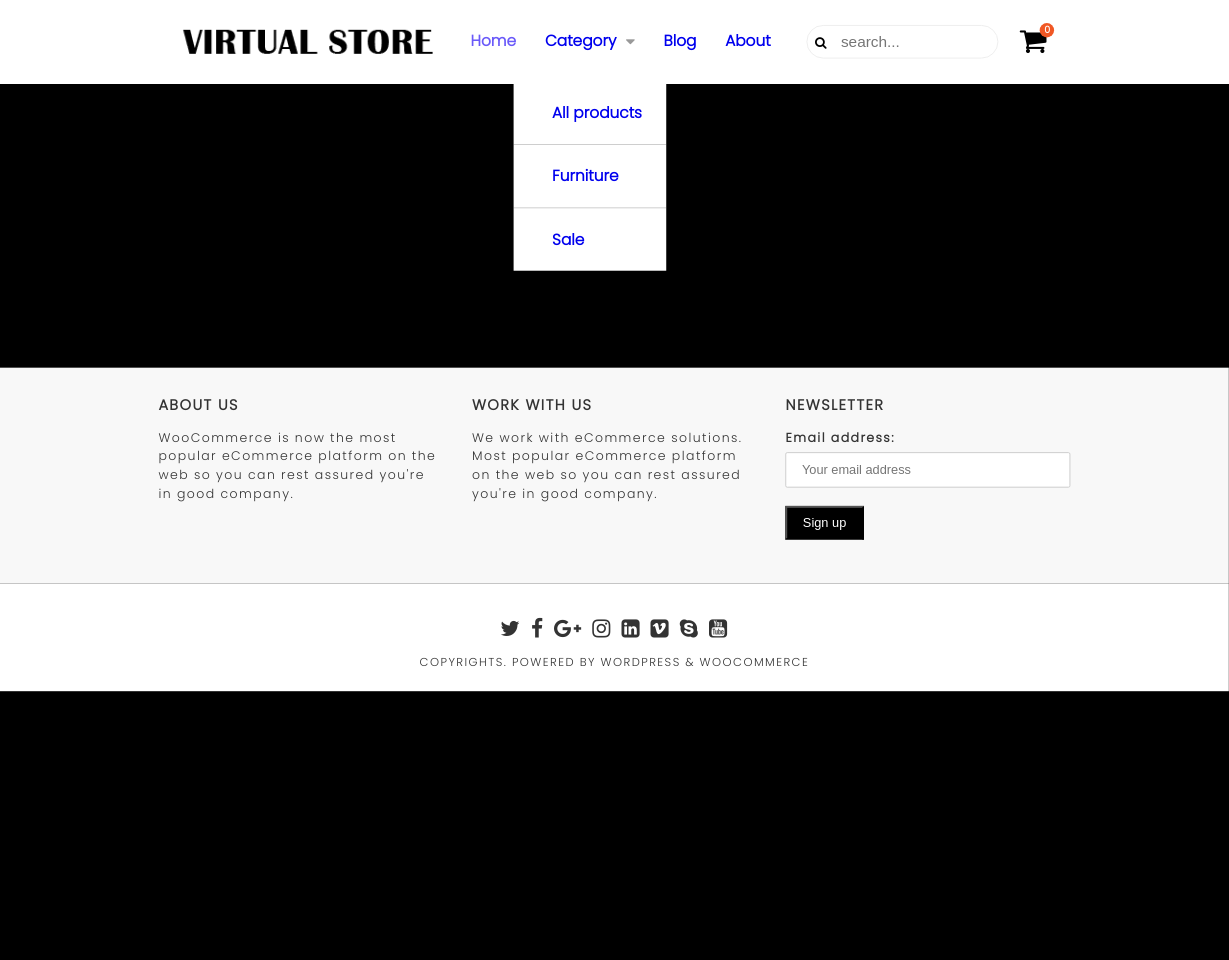
Repository: dungle03/tke_web_nhom_15
Page: index.html
An editor plug-in stored every save of this project. The page is shown before and after the next save, followed by the edit.
The browser window is 1280 px wide. The pictures show the whole page, at 96% of full size.

Above is the page before, as saved 2022-09-13 23:50:57.
Not found: resest.css

After the next save:
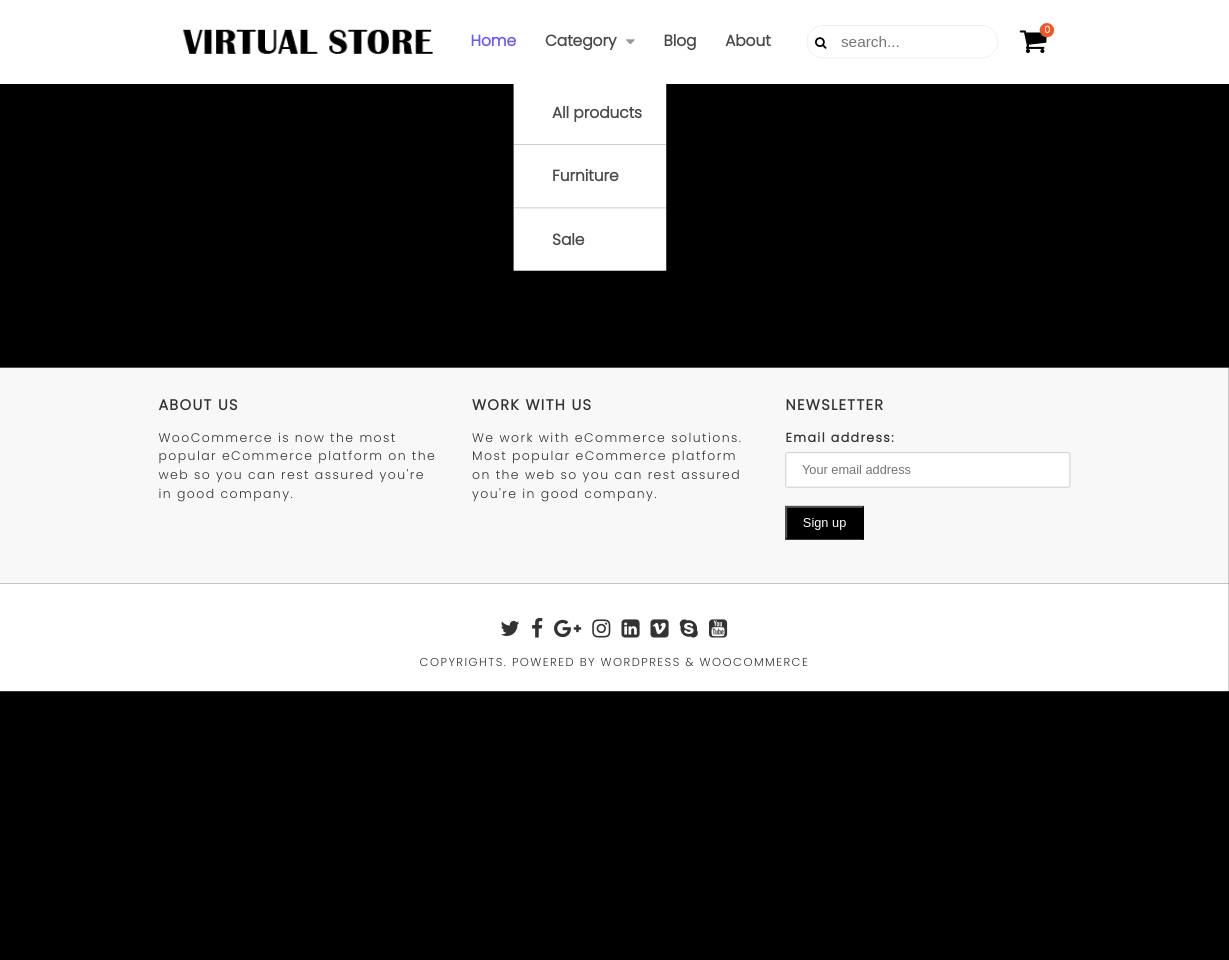
Saved 15 s later.
--- a/CSS/header.css
+++ b/CSS/header.css
@@ -61,10 +61,10 @@ html {
     display: flex;
     width: max-content;
 }
-/* .navi  a{
+.navi  a{
   color: #4a4a4a;;
 
-} */
+}
 .navi .item{
   list-style-type: none;
     /* width: max-content; */
